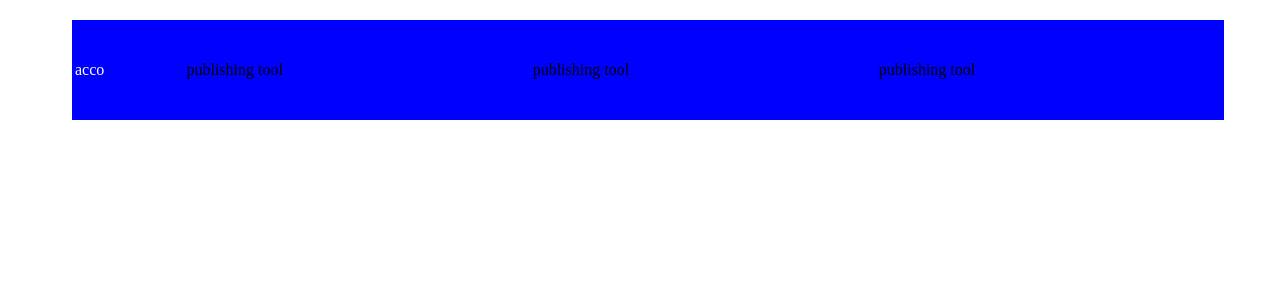
Repository: wimkinnet/Acco_Publish
Page: index.html
The author's editor kept a record of every edit. The page is drawn from the files as they stood at one moment, then again after the next edit.
The browser window is 1280 px wide. The pictures show the whole page.

Above is the page before.

### index.html
<!DOCTYPE html>
<html>
  <head>
    <title>Publish Tool - Main page</title>
    <meta charset = "utf-8">
    <style>
      .page-header {
        width: 90vw;
        margin: 20px 5vw 20px 5vw;
        background: blue;
        height: 100px;
      }
      .page-header table {
        width: 100%;
        height: 100%;
      }
      .page-header-middle-left {
        display: table-cell;
        height: 100%;
        color: white;
        font-size: 2rem;
        width: 25%;
        text-align: center;
        vertical-align: middle;
      }
      .page-header-td-left {
        display: table-cell;
        height: 100%;
        color: white;
        font-size: 2rem;
        width: 33.3%;
        text-align: center;
        vertical-align: middle;
      }
      .page-header a {
        text-decoration: none;
        color: white;
      }
    </style>
  </head>
  <body>
    <div class="page-header">
      <table>
        <tr>
          <td>
            <a href="http://www.acco.be" target="_blank" >acco</a>
          </td>
          <td>
            publishing tool
          </td>
          <td>
            publishing tool
          </td>
          <td>
            publishing tool
          </td>
        </tr>
      </table>
    </div>
  </body>
</html>

After the next edit:
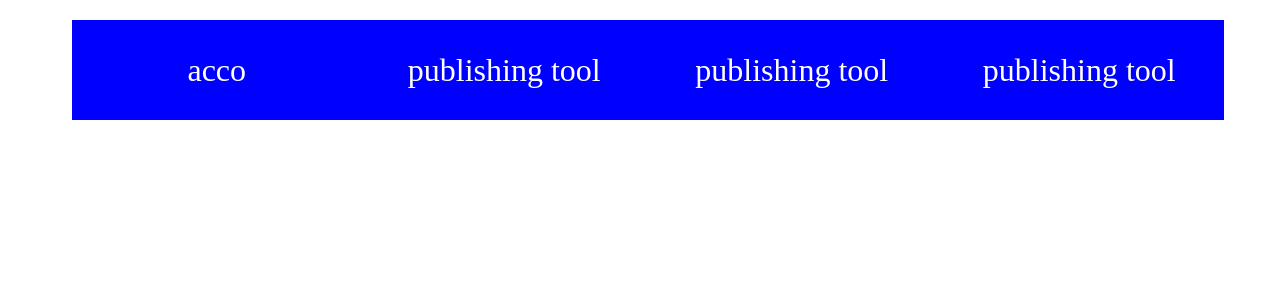
The edit:
--- a/index.html
+++ b/index.html
@@ -14,7 +14,7 @@
         width: 100%;
         height: 100%;
       }
-      .page-header-middle-left {
+      .page-header td {
         display: table-cell;
         height: 100%;
         color: white;
